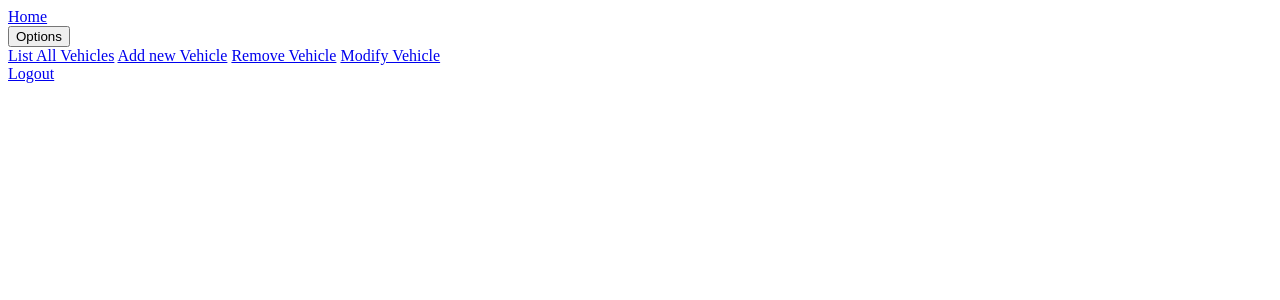
Repository: kensevv/nevexisDemos
Page: Car_Rental_Management_System/src/main/webapp/htmlTemplates/navigationBar.html
An editor plug-in stored every save of this project. The page is shown before and after the next save, followed by the edit.
The browser window is 1280 px wide. The pictures show the whole page.

Above is the page before, as saved 2021-03-26 09:38:34.

After the next save:
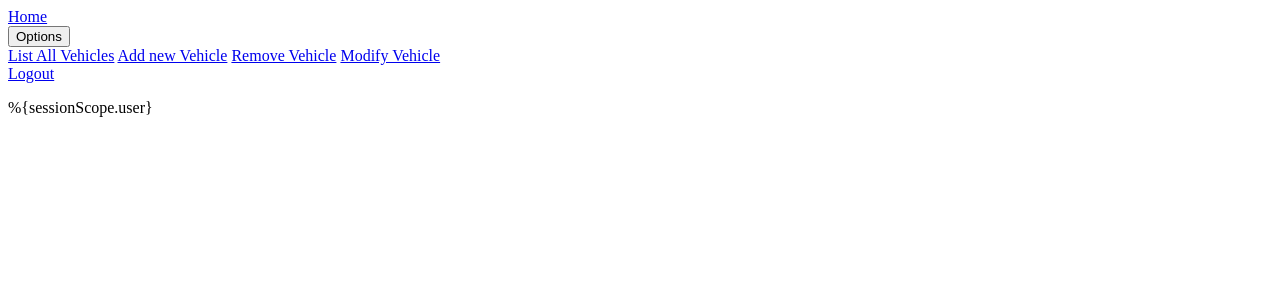
Saved 2 min 37 s later.
--- a/Car_Rental_Management_System/src/main/webapp/htmlTemplates/navigationBar.html
+++ b/Car_Rental_Management_System/src/main/webapp/htmlTemplates/navigationBar.html
@@ -12,4 +12,5 @@
 			</div>
 		</div>
 		<a href="login.jsp">Logout</a>
+		<p> %{sessionScope.user} <p>
 	</div>
